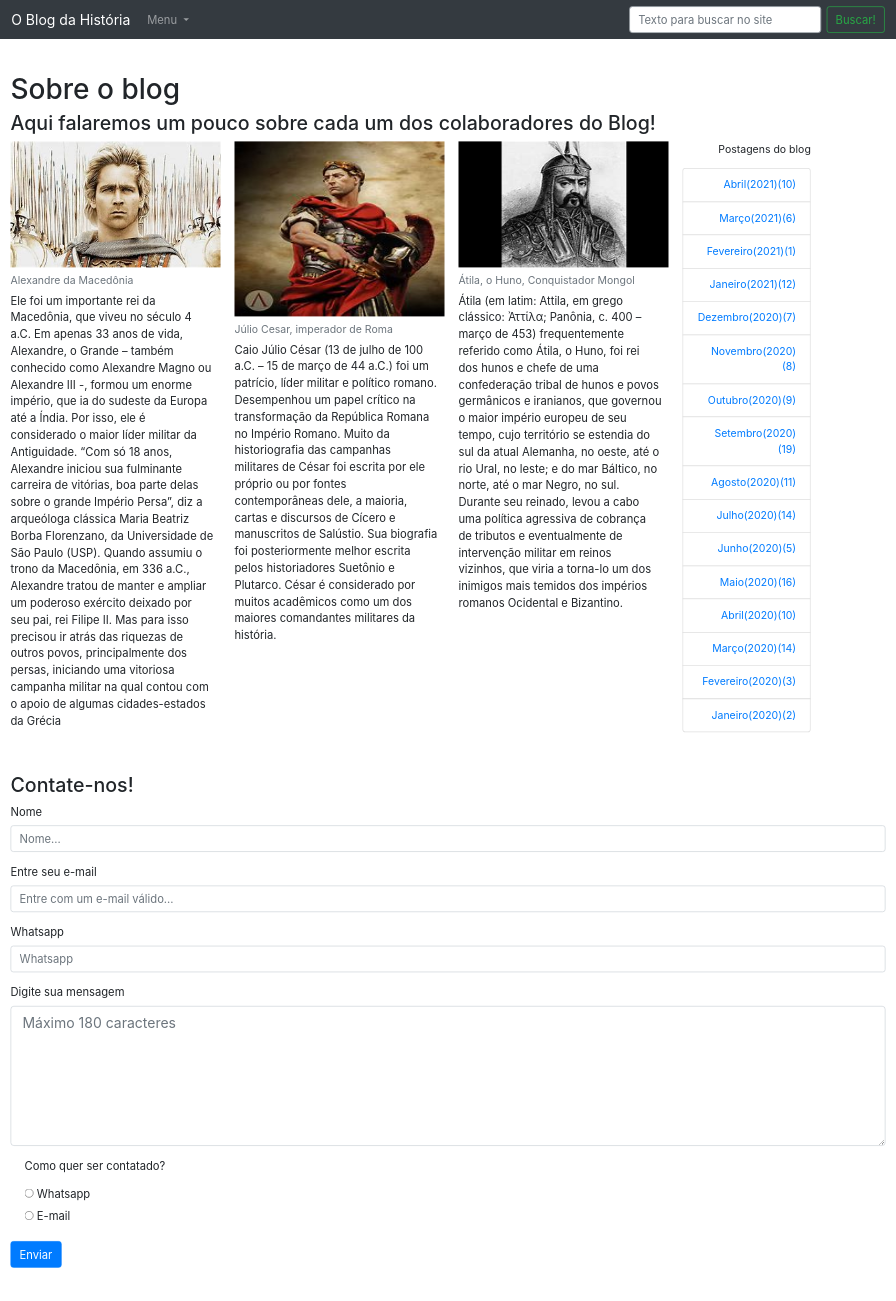
Repository: xhenrique/blog_layout_bootstrap
Page: source/sobre.html
These files come from the project's save history. The page is drawn as it stood at one moment and after the next save; the edit follows.
The browser window is 1280 px wide. The pictures show the whole page, at 70% of full size.

Above is the page before, as saved 2021-04-25 03:25:18.

### source/sobre.html
<!DOCTYPE html>
<html lang="pt-br">
  <head>
    <!-- Meta tags Obrigatórias -->
    <meta charset="utf-8">
    <meta name="viewport" content="width=device-width, initial-scale=1, shrink-to-fit=no">

    <!-- Bootstrap CSS -->
    <link rel="stylesheet" href="https://stackpath.bootstrapcdn.com/bootstrap/4.1.3/css/bootstrap.min.css" integrity="sha384-MCw98/SFnGE8fJT3GXwEOngsV7Zt27NXFoaoApmYm81iuXoPkFOJwJ8ERdknLPMO" crossorigin="anonymous">
    <title>O Blog da História</title>
  </head>
  <body>
    <nav class="navbar navbar-expand-md navbar-dark bg-dark sticky-top">
        <a class = "navbar-brand" href="index.html">O Blog da História</a>

        <!--Especificações do que é cada um dos atributos!!!!!
            "aria-controls": define a relação entre os elementos, um elemento é pai e o outro filho, deve ser definido no pai, relacionando o filho;
            "data-target" : Define o que será exibido quando clicar na opção do menu;
            "data-toggle" : o que vai acontecer quando eu clicar em cima do botão, collapse, por exemplo, faz o botão expandir e retrair as opções;
            "aria-expanded" : Flag para o navegador informando que o elemento não está expandido;
            "aria-label" : é usado para definir uma string na tag do elemento atual.
        -->
        <button class="navbar-toggler" type="button" data-toggle="collapse" data-target="#navbarCfg" aria-controls="navbarCfg">
            <span class="navbar-toggler-icon"></span>
        </button>
        <div class="collapse navbar-collapse" id="navbarCfg">
            <ul class="navbar-nav mr-auto">
                <a class="nav-link dropdown-toggle" href="#" id="navbarDropdown" role="button" data-toggle="dropdown" aria-haspopup="true" aria-expanded="false">
                Menu
                </a>
                <div class="dropdown-menu" aria-labelledby="navbarDropdown">
                <a class="dropdown-item" href="index.html">Início</a>
                <a class="dropdown-item" href="sobre.html">Sobre</a>
                <a class="dropdown-item" href="posts.html">Postagens</a>
                <div class="dropdown-divider"></div>
                <p style="text-align: left; padding-left: 10px;"> Criado por: <br/>José Xavier<br/>UFPA - 2021</p>
                </div>
            </ul>
            <form class="form-inline my-2 my-lg-0">
            <input class="form-control mr-sm-2" type="search" placeholder="Texto para buscar no site" aria-label="Search">
            <button class="btn btn-outline-success my-2 my-sm-0" type="submit">Buscar!</button>
            </form>
        </div>
    </nav>

    <div class="container-fluid" id="sobreContainer">
        <div id="sobre_o_blog" class="text-left">
            <br/>
            <br/>
            <h1>Sobre o blog</h1>
            <h3>Aqui falaremos um pouco sobre cada um dos colaboradores do Blog!</h3>
        </div>
        <div class="row d-flex">
            <div class="col-md-3">
                <img class="figure-img" src="../img/alexandre.jpg" alt="Xandão"  style="height: 180px; width: 300px">
                <figcaption class="figure-caption" style="font-size: 15px; margin-bottom: 5px;">
                    Alexandre da Macedônia
                </figcaption>
                <p>Ele foi um importante rei da Macedônia, que viveu no século 4 a.C. Em apenas 33 anos de vida, Alexandre, o Grande – também conhecido como Alexandre Magno ou Alexandre III -, formou um enorme império, que ia do sudeste da Europa até a Índia. Por isso, ele é considerado o maior líder militar da Antiguidade. “Com só 18 anos, Alexandre iniciou sua fulminante carreira de vitórias, boa parte delas sobre o grande Império Persa”, diz a arqueóloga clássica Maria Beatriz Borba Florenzano, da Universidade de São Paulo (USP). Quando assumiu o trono da Macedônia, em 336 a.C., Alexandre tratou de manter e ampliar um poderoso exército deixado por seu pai, rei Filipe II. Mas para isso precisou ir atrás das riquezas de outros povos, principalmente dos persas, iniciando uma vitoriosa campanha militar na qual contou com o apoio de algumas cidades-estados da Grécia</p>
            </div>
            <div class="col-md-3">
                <img class="figure-img" src="../img/th.jfif" alt="imperador" style="height: 250px; width: 300px">
                <figcaption class="figure-caption" style="font-size: 15px; margin-bottom: 5px;">
                    Júlio Cesar, imperador de Roma
                </figcaption>
                <p>Caio Júlio César (13 de julho de 100 a.C. – 15 de março de 44 a.C.) foi um patrício, líder militar e político romano. Desempenhou um papel crítico na transformação da República Romana no Império Romano. Muito da historiografia das campanhas militares de César foi escrita por ele próprio ou por fontes contemporâneas dele, a maioria, cartas e discursos de Cícero e manuscritos de Salústio. Sua biografia foi posteriormente melhor escrita pelos historiadores Suetônio e Plutarco. César é considerado por muitos acadêmicos como um dos maiores comandantes militares da história.</p>
            </div>
            <div class="col-md-3">
                <img class="figure-img" src="../img/atila.jpg" alt="o_huno" style="height: 180px; width: 300px">
                <figcaption class="figure-caption" style="font-size: 15px; margin-bottom: 5px;">
                        Átila, o Huno, Conquistador Mongol
                </figcaption>
                <p>Átila (em latim: Attila, em grego clássico: Ἀττίλα; Panônia, c. 400 – março de 453) frequentemente referido como Átila, o Huno, foi rei dos hunos e chefe de uma confederação tribal de hunos e povos germânicos e iranianos, que governou o maior império europeu de seu tempo, cujo território se estendia do sul da atual Alemanha, no oeste, até o rio Ural, no leste; e do mar Báltico, no norte, até o mar Negro, no sul. Durante seu reinado, levou a cabo uma política agressiva de cobrança de tributos e eventualmente de intervenção militar em reinos vizinhos, que viria a torna-lo um dos inimigos mais temidos dos impérios romanos Ocidental e Bizantino.</p>
            </div>
                <div class="col-md-2">
                    <div class="text-right" style="font-size: 15px;">
                        <p>Postagens do blog</p>
                        <ul class="list-group">
                            <!--Javascript provavelmente entraria aqui, iterando sobre uma lista/matriz e exibindo a quantida de postagens por mês/ano-->
                            <li class="list-group-item"><a href="">Abril(2021)(10)</a></li>
                            <li class="list-group-item"><a href="">Março(2021)(6)</a></li>
                            <li class="list-group-item"><a href="">Fevereiro(2021)(1)</a></li>
                            <li class="list-group-item"><a href="">Janeiro(2021)(12)</a></li>
                            <li class="list-group-item"><a href="">Dezembro(2020)(7)</a></li>
                            <li class="list-group-item"><a href="">Novembro(2020)(8)</a></li>
                            <li class="list-group-item"><a href="">Outubro(2020)(9)</a></li>
                            <li class="list-group-item"><a href="">Setembro(2020)(19)</a></li>
                            <li class="list-group-item"><a href="">Agosto(2020)(11)</a></li>
                            <li class="list-group-item"><a href="">Julho(2020)(14)</a></li>
                            <li class="list-group-item"><a href="">Junho(2020)(5)</a></li>
                            <li class="list-group-item"><a href="">Maio(2020)(16)</a></li>
                            <li class="list-group-item"><a href="">Abril(2020)(10)</a></li>
                            <li class="list-group-item"><a href="">Março(2020)(14)</a></li>
                            <li class="list-group-item"><a href="">Fevereiro(2020)(3)</a></li>
                            <li class="list-group-item"><a href="">Janeiro(2020)(2)</a></li>
                        </ul>
                    </div>
                </div>
        </div>

        <form>
            <br/>
            <br/>

            <h3>
                Contate-nos!
            </h3>
            <div class="mb-3">
                <label for="nameInput" class="form-label">Nome</label>
                <input type="text" placeholder="Nome..." class="form-control" id="nameInput"  required>
            </div>
            <div class="mb-3">
                <label for="inputEmail" class="form-label">Entre seu e-mail</label>
                <input type="email" placeholder="Entre com um e-mail válido..." class="form-control" id="inputEmail"  required>
            </div>
              <div class="mb-3">
                <label for="wppInput" class="form-label">Whatsapp</label>
                <input type="text" placeholder="Whatsapp" class="form-control" id="wppInput">
              </div>
              <div class="mb-3">
                <label for="msgInput" class="form-label">Digite sua mensagem</label>
                <textarea type="text" placeholder="Máximo 180 caracteres" maxlength="180" class="form-control form-control-lg" id="msgInput" style="height: 200px;"></textarea>
              </div>
              <div class="mb-3 form-check">
                  <p>Como quer ser contatado?
                  </p>
                  <input type="radio" id="wpp" name="whatsapp" value="Whatsapp">
                  <label for="wpp">Whatsapp</label><br>
                  <input type="radio" id="e-mail" name="email" value="E-mail">
                  <label for="e-mail">E-mail</label><br>
              </div>
              <button class="btn btn-primary" type="submit" aria-label="btnSubmmit">Enviar</button>
              <br>
              <br>
              <br>
        </form>
    </div>


    <!-- JavaScript (Opcional) -->
    <!-- jQuery primeiro, depois Popper.js, depois Bootstrap JS -->
    <script src="https://code.jquery.com/jquery-3.3.1.slim.min.js" integrity="sha384-q8i/X+965DzO0rT7abK41JStQIAqVgRVzpbzo5smXKp4YfRvH+8abtTE1Pi6jizo" crossorigin="anonymous"></script>
    <script src="https://cdnjs.cloudflare.com/ajax/libs/popper.js/1.14.3/umd/popper.min.js" integrity="sha384-ZMP7rVo3mIykV+2+9J3UJ46jBk0WLaUAdn689aCwoqbBJiSnjAK/l8WvCWPIPm49" crossorigin="anonymous"></script>
    <script src="https://stackpath.bootstrapcdn.com/bootstrap/4.1.3/js/bootstrap.min.js" integrity="sha384-ChfqqxuZUCnJSK3+MXmPNIyE6ZbWh2IMqE241rYiqJxyMiZ6OW/JmZQ5stwEULTy" crossorigin="anonymous"></script>
  </body>
</html>

After the next save:
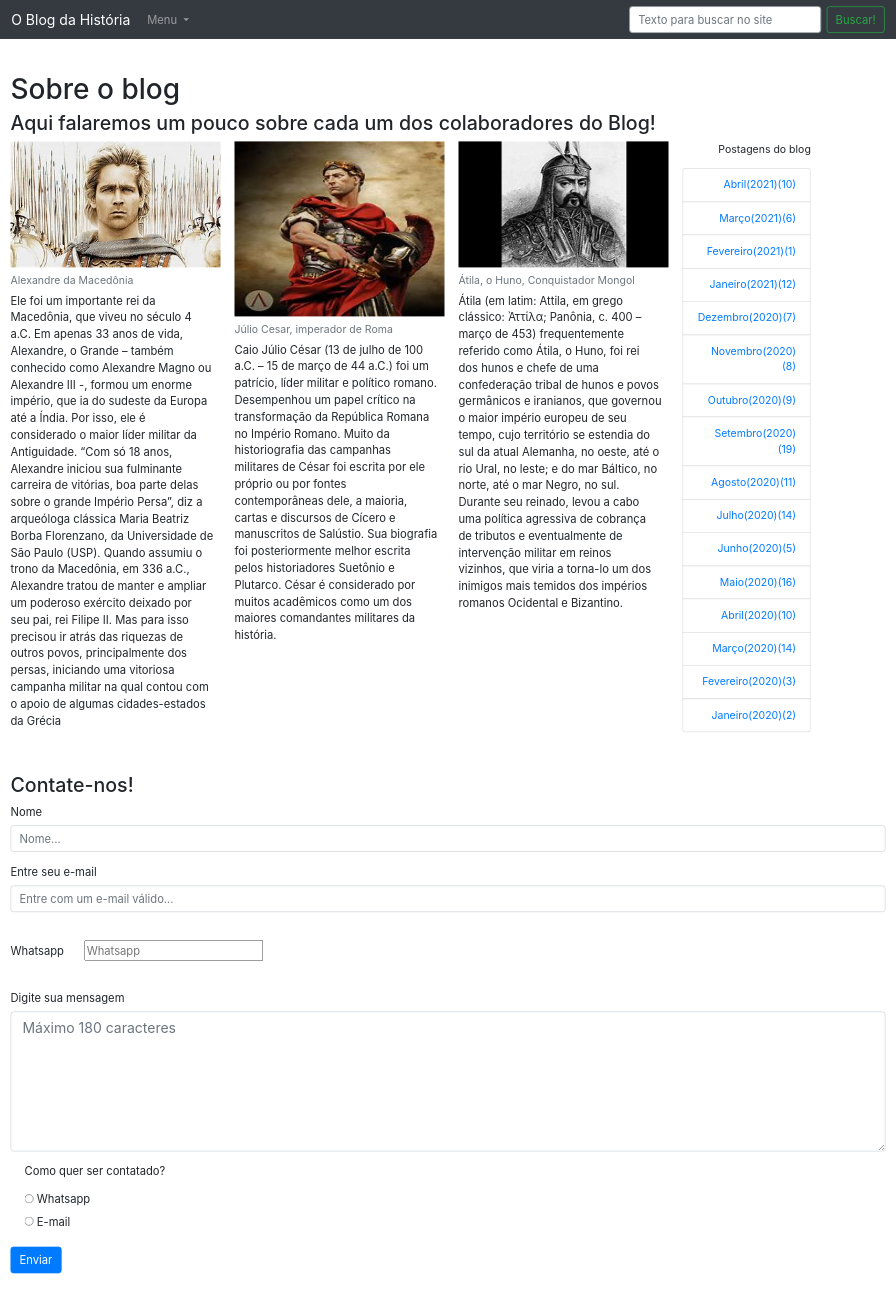
Saved 18 s later.
--- a/source/sobre.html
+++ b/source/sobre.html
@@ -115,7 +115,7 @@
             </div>
               <div class="mb-3">
                 <label for="wppInput" class="form-label">Whatsapp</label>
-                <input type="text" placeholder="Whatsapp" class="form-control" id="wppInput">
+                <input class="m-4" type="text" placeholder="Whatsapp" class="form-control" id="wppInput">
               </div>
               <div class="mb-3">
                 <label for="msgInput" class="form-label">Digite sua mensagem</label>
